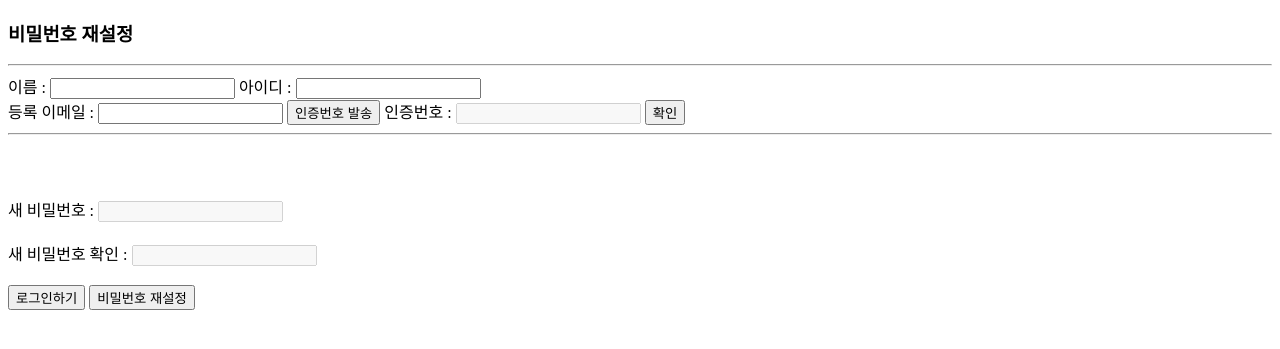
Repository: ssookkii/BusyBee
Page: http://localhost/BusyBee/WEB-INF/views/noTiles/newPassword.jsp
These files come from the project's save history. The page is drawn as it stood at one moment and after the next save; the edit follows.
The browser window is 1280 px wide. The pictures show the whole page.
The page is served by Tomcat 9. Nobody is signed in. The template is opened directly, without the code that normally fills it, so the values that code supplies are empty.

Above is the page before, as saved 2023-03-18 07:59:11.

After the next save:
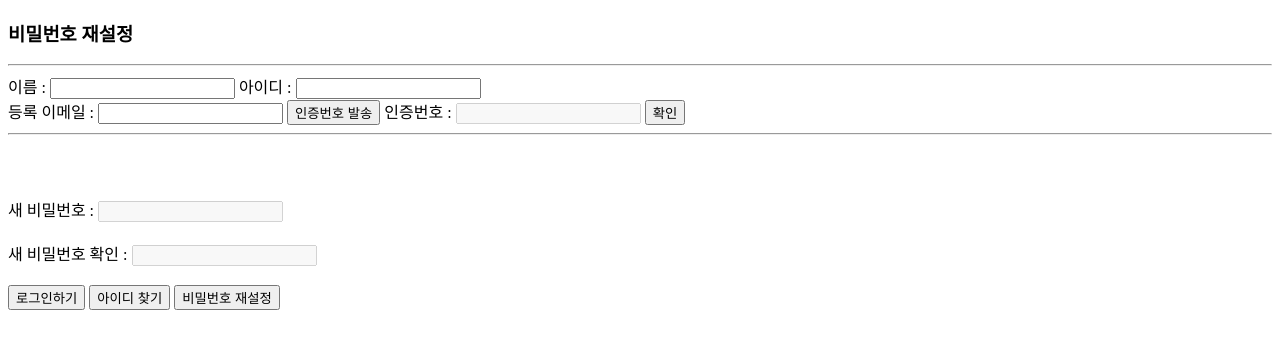
Saved 3 s later.
--- a/BusyBee/src/main/webapp/WEB-INF/views/noTiles/newPassword.jsp
+++ b/BusyBee/src/main/webapp/WEB-INF/views/noTiles/newPassword.jsp
@@ -25,6 +25,7 @@
 새 비밀번호 확인 : <input type='password' id='pwd2' disabled="disabled">
 <h3 id='pwdCheck2'></h3>
 <button type="button" onclick="location.href='loginMain.do'">로그인하기</button>
+<button type="button" onclick="location.href='findId.do'">아이디 찾기</button>
 <button type="button" onclick="location.href='newPassword.do'">비밀번호 재설정</button>
 
 <table>
